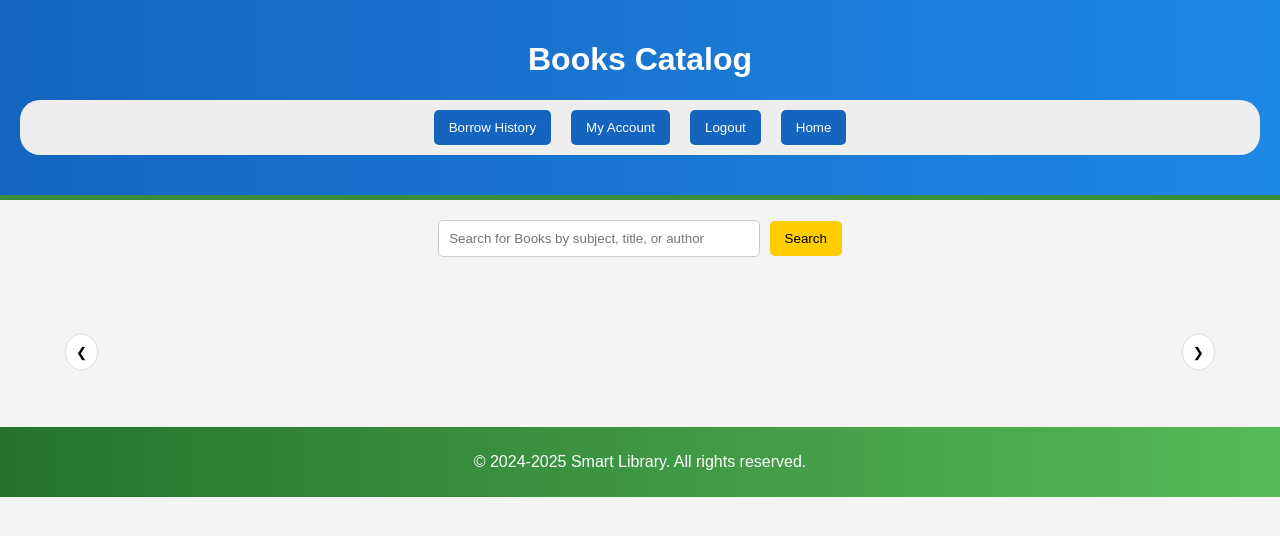
Repository: grebail/Comp-FYP
Page: models/test.html
The author's editor kept a copy of each file at every save. The page is drawn from the files as they stood at one save, then again after a run of saves.
The browser window is 1280 px wide. The pictures show the whole page.

Above is the page before, as saved 2025-02-12 15:43:45.
Console error: SyntaxError: Unexpected token '{'

After the next 2 saves:
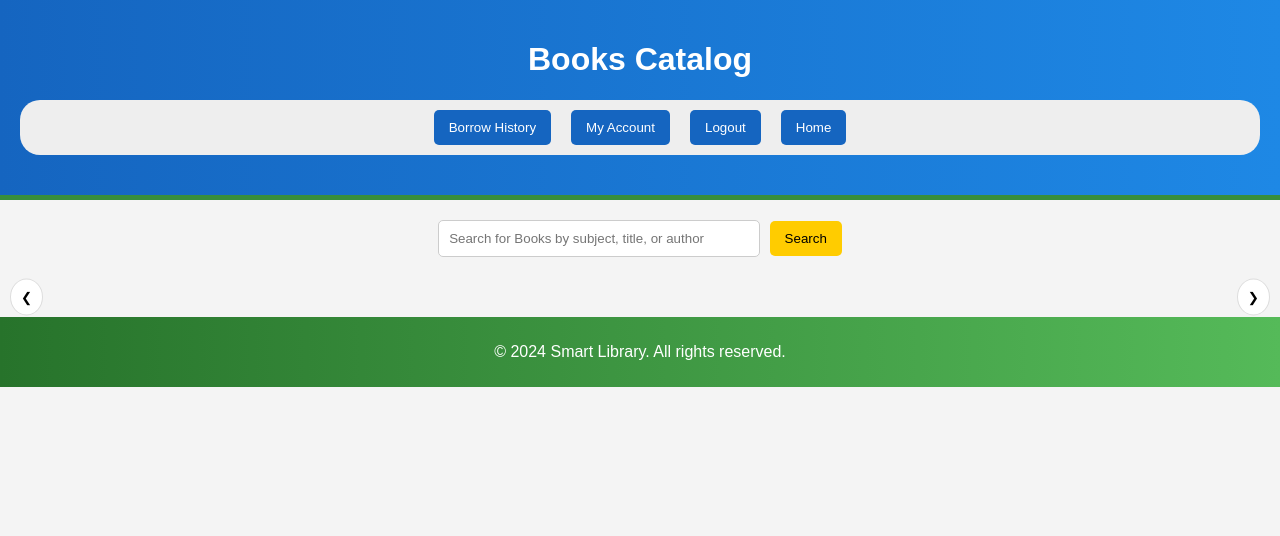
The error is gone.
The 2 saves are shown as one change because they came seconds apart.
The last was saved 76 s later.
--- a/models/test.html
+++ b/models/test.html
@@ -14,9 +14,6 @@
             padding: 0;
             background-color: #f4f4f4;
             color: #333;
-            display: flex;
-            flex-direction: column;
-            min-height: 100%;
         }
 
         header {
@@ -88,7 +85,6 @@
             overflow: hidden;
             padding: 20px;
             flex-wrap: wrap;
-            flex: 1;
         }
 
         .catalog {
@@ -170,11 +166,6 @@
             background-color: #f0f0f0;
         }
 
-        main {
-            flex: 1;
-            padding: 55px;
-        }
-
         footer {
             background: linear-gradient(to left, #55ba59, #27732b);
             color: #fff;
@@ -220,7 +211,7 @@
     </main>
 
     <footer>
-        <p>&copy; 2024-2025 Smart Library. All rights reserved.</p>
+        <p>&copy; 2024 Smart Library. All rights reserved.</p>
     </footer>
 
     <script>
@@ -229,7 +220,8 @@
         let allBooks = [];
         const userId = new URLSearchParams(window.location.search).get('userid');
         const apiKey = 'AIzaSyCBY9btOSE4oWKYDJp_u5KrRI7rHocFB8A'; // Your API key
-
+        const urlParams = new URLSearchParams(window.location.search);
+        const token = urlParams.get('token');
         async function loadBooks() {
             showLoader();
             try {
@@ -272,6 +264,15 @@
         }
 
         async function fetchBookDetails(query) {
+            const cacheKey = `bookDetails_${query}`;
+            const cachedData = localStorage.getItem(cacheKey);
+
+            // Use cached data if available
+            if (cachedData) {
+                console.log(`Using cached data for query: ${query}`);
+                return JSON.parse(cachedData);
+            }
+
             let apiUrl;
             if (query.startsWith('isbn:')) {
                 apiUrl = `https://www.googleapis.com/books/v1/volumes?q=${query}&key=${apiKey}`;
@@ -279,20 +280,44 @@
                 apiUrl = `https://www.googleapis.com/books/v1/volumes/${query}?key=${apiKey}`;
             }
 
-            try {
-                const response = await fetch(apiUrl);
-                if (!response.ok) {
-                    console.error(`Error fetching book details: ${response.status} - ${response.statusText}`);
+            // Retry mechanism with exponential backoff
+            const maxRetries = 3;
+            let attempt = 0;
+            let delay = 1000; // Initial delay of 1 second
+
+            while (attempt < maxRetries) {
+                try {
+                    const response = await fetch(apiUrl);
+
+                    if (response.status === 429) {
+                        console.warn(`Rate limit hit. Retrying in ${delay / 1000} seconds...`);
+                        await new Promise(resolve => setTimeout(resolve, delay)); // Wait before retrying
+                        delay *= 2; // Double the delay for exponential backoff
+                        attempt++;
+                        continue; // Retry the request
+                    }
+
+                    if (!response.ok) {
+                        console.error(`Error fetching book details: ${response.status} - ${response.statusText}`);
+                        return null; // Return null for any errors
+                    }
+
+                    const data = await response.json();
+
+                    // Cache the fetched data
+                    localStorage.setItem(cacheKey, JSON.stringify(data));
+                    console.log(`Fetched and cached data for query: ${query}`);
+                    return data;
+
+                } catch (error) {
+                    console.error(`Error fetching book details for query ${query}:`, error);
                     return null; // Return null for any errors
                 }
-                const data = await response.json();
-                return data;
-            } catch (error) {
-                console.error('Network error or other issue:', error);
-                return null; // Return null for any errors
-            }
-        }
-
+            }
+
+            console.error(`Failed to fetch book details after ${maxRetries} retries.`);
+            return null; // Return null after exhausting retries
+        }
         async function displayBooks(startIndex) {
             const catalog = document.getElementById('bookCatalog');
             catalog.innerHTML = ''; // Clear existing content
@@ -333,7 +358,7 @@
                                     <div class="book-isbn">ISBN: ${isbn || 'N/A'}</div>
                                     <div class="book-copies">Total Copies: ${totalCopies}</div>
                                     <div class="action-buttons">
-                                        <button onclick="BorrowBook('${googleId}', '${isbn}')">Borrow Book</button>
+
                                         <button onclick="viewDetails('${googleId}', '${isbn}')">View Details</button>
                                     </div>
                                 `;
@@ -363,7 +388,7 @@
                                 <div class="book-isbn">ISBN: ${isbn || 'N/A'}</div>
                                 <div class="book-copies">Total Copies: ${totalCopies}</div>
                                 <div class="action-buttons">
-                                    <button onclick="BorrowBook('${googleId || isbn}', '${isbn}')">Borrow Book</button>
+
                                     <button onclick="viewDetails('${googleId || isbn}', '${isbn}')">View Details</button>
                                 </div>
                             `;
@@ -429,35 +454,9 @@
             hideLoader();
         }
 
+        function backHome (){
+            window.location.href = `index_userlogined.html?userid=${userid}`;
+        };
         function viewDetails(googleId, industryIdentifier) {
-            window.location.href = `book_details.html?googleId=${googleId}&&userid=${userId}&isbn=${industryIdentifier}`;
-        }
-
-        function BorrowBook(googleId, industryIdentifier) {
-            window.location.href = `user_borrow.html?googleId=${googleId || ''}&userid=${userId}&isbn=${industryIdentifier}`;
-        }
-
-        function viewHistory() {
-            window.location.href = `user_borrow_history.html?userid=${userId}`;
-        }
-
-        function viewAccount() {
-            window.location.href = `acc_profile.html?userid=${userId}`;
-        }
-
-        let searchTimeout;
-
-        function debouncedSearch() {
-            clearTimeout(searchTimeout);
-            searchTimeout = setTimeout(searchBooks, 300);
-        }
-
-        function backHome {
-            window.location.href = `index_userlogined.html?userid=${userid}`;
-        });
-
-        window.onload = loadBooks; // Load books when the page is loaded
-    </script>
-</body>
-
-</html>
+            window.location.href = `book_details.html?googleId=${googleId}&&userid=${userId}&isbn=${industryIdentifier}&token=${token}`;
+        }
